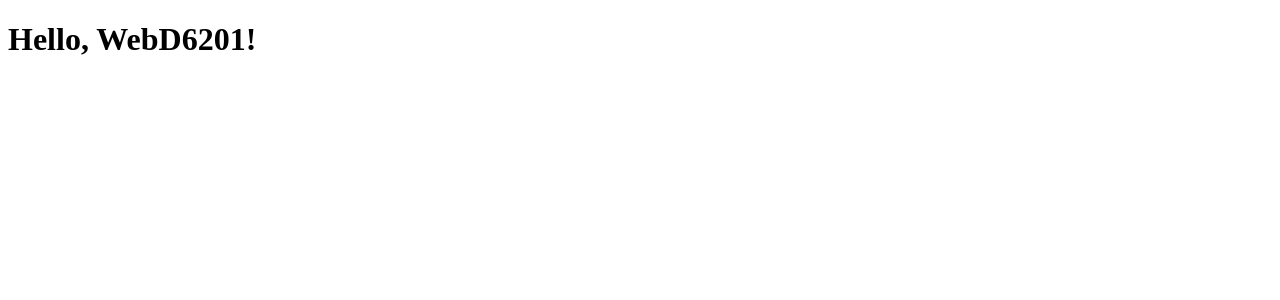
Repository: aaron33aaron/WEBD6201-W2021
Page: index.html
The author's editor kept a copy of each file at every save. The page is drawn from the files as they stood at one save, then again after the next save.
The browser window is 1280 px wide. The pictures show the whole page.

Above is the page before, as saved 2021-01-20 15:29:29.
Console error: TypeError: Cannot set properties of null (setting 'textContent')

### index.html
<!DOCTYPE html>
<html lang="en">
<head>
    <meta charset="UTF-8">
    <meta name="viewport" content="width=device-width, initial-scale=1.0">
    <title>Hello, World! </title>
    <!-- CSS Section-->

    <!-- Linking app.css-->
    <link rel="stylesheet" href="./Content/app.css">
</head>
<body>
    <div>
        <h1>Hello, WebD6201!</h1>
    </div>

    <!-- JavaScript Section -->

    <!-- Linking apps.js-->
    <script src="./Scripts/app.js"></script>
</body>
</html>

### Content/app.css
/* Custom CSS goes here */

### Scripts/app.js
/* Custom scripts go here */

// IIFE - Immediately Invoked Function Expression
// AKA: Anonymous Self-Executing Function

(function(){

    // initialization function
    function Start()
    {
        console.log("App Started...");

        let paragraphOneContent = "This is my first paragraph";

        //selection examples
        let paragraphOne = document.getElementById("paragraphOne");
        paragraphOne.textContent = paragraphOneContent;

        let paragraphOneContentElements = document.getElementsByTagName("p")[0];
        console.log(paragraphOneContentElements);

        let paragraphQuery = document.querySelector("p");
        console.log(paragraphQuery);

        let paragraphOneQuery = document.querySelectorAll("p")[0];

        // HOW TO INSERT OR ADD BRAND NEW ELEMENT DYNAMICALLY RATHER THAN MANUALLY

        // STEP 1 - CREATE NEW ELEMENT
        let paragraphTwo = document.createElement("p");
        // STEP 2 - CONFIGURE THE NEW ELEMENT
        paragraphTwo.setAttribute("id", "paragraphTwoID");
        paragraphTwo.textContent = "This is my second paragraph";
        paragraphTwo.className = "fs-4 fw-bold";
        // STEP 3 - TARGET THE PARENT ELEMENT
        let mainContent = document.querySelectorAll("main");

        // STEP 4 - APPEND NEW ELEMENT TO THE PARENT
        mainContent.appendChild(paragraphTwo);

        let mySecondParagraph = document.getElementById("paragraphTwo");
    }


    // event listener
    window.addEventListener("load", Start);
})();

After the next save:
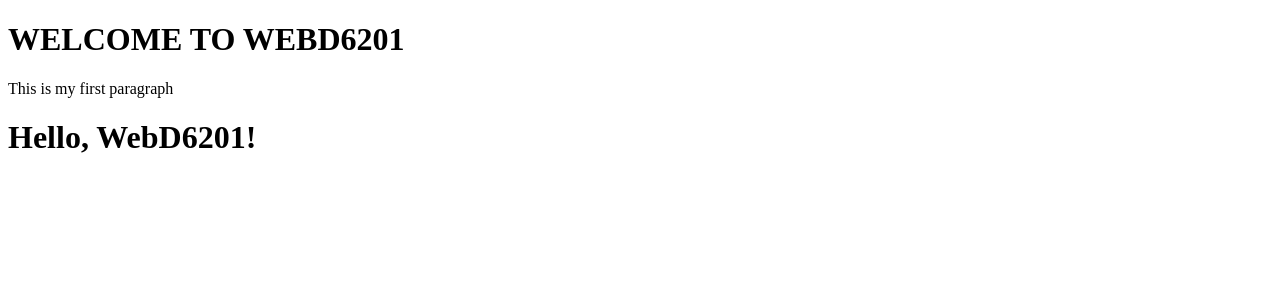
Console error: TypeError: mainContent.appendChild is not a function
Saved 115 s later.
--- a/index.html
+++ b/index.html
@@ -9,6 +9,11 @@
     <!-- Linking app.css-->
     <link rel="stylesheet" href="./Content/app.css">
 </head>
+
+<main class="container">
+    <h1> WELCOME TO WEBD6201</h1>
+    <p id="paragraphOne" class="fs-3"></p>
+</main>
 <body>
     <div>
         <h1>Hello, WebD6201!</h1>
